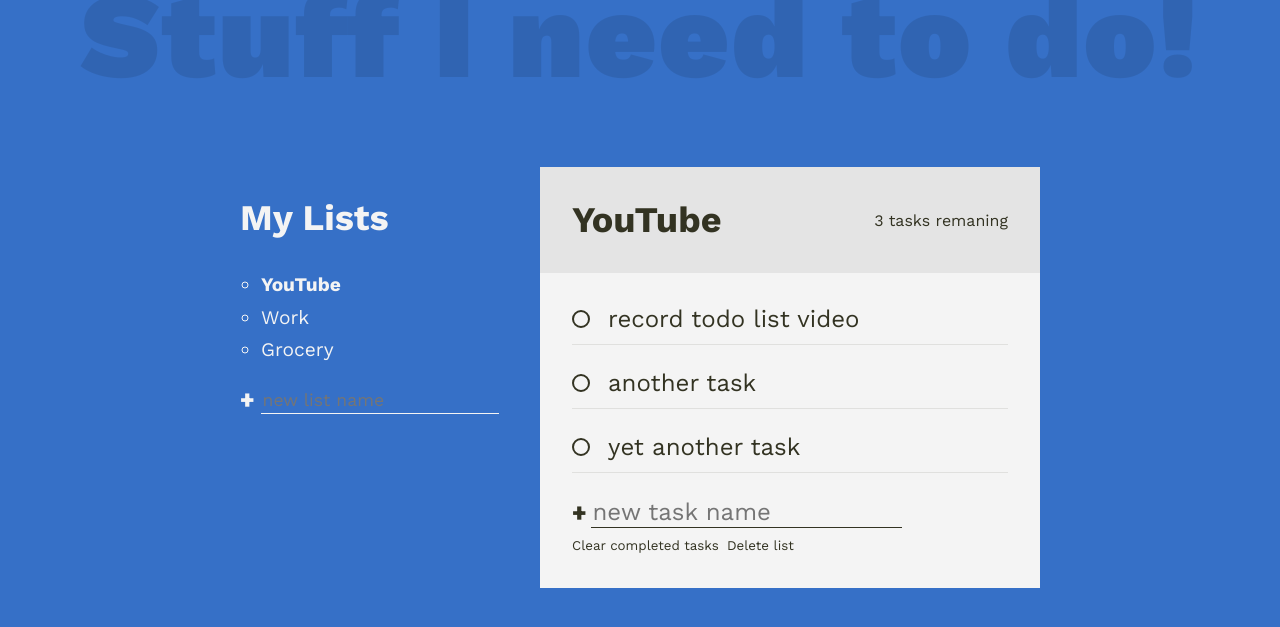
Repository: PratypartyY2K/JavaScript-Projects
Page: Better-ToDo-App/index.html
The author's editor kept a copy of each file at every save. The page is drawn from the files as they stood at one save, then again after the next save.
The browser window is 1280 px wide. The pictures show the whole page.

Above is the page before, as saved 2021-07-06 01:50:34.

After the next save:
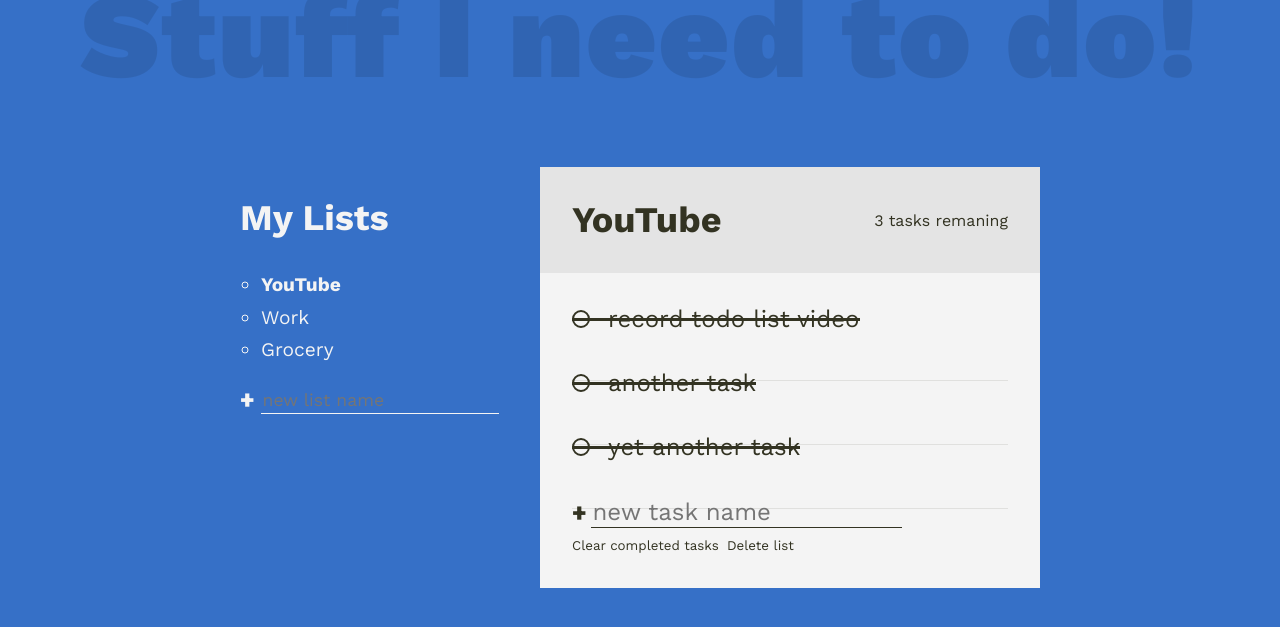
Saved 2 min 8 s later.
--- a/Better-ToDo-App/styles.css
+++ b/Better-ToDo-App/styles.css
@@ -154,7 +154,7 @@
 }
 
 .task label {
-  display: flex;
+  display: inline-flex;
   align-items: center;
   position: relative;
   margin-bottom: 1.5em;
@@ -204,3 +204,12 @@
 [type="checkbox"]:checked + label {
     opacity: 0.5;
 }
+
+.task label::after {
+    content: "";
+    position: absolute;
+    left: 0;
+    right: 0;
+    height: 3px;
+    background: currentColor;
+}
